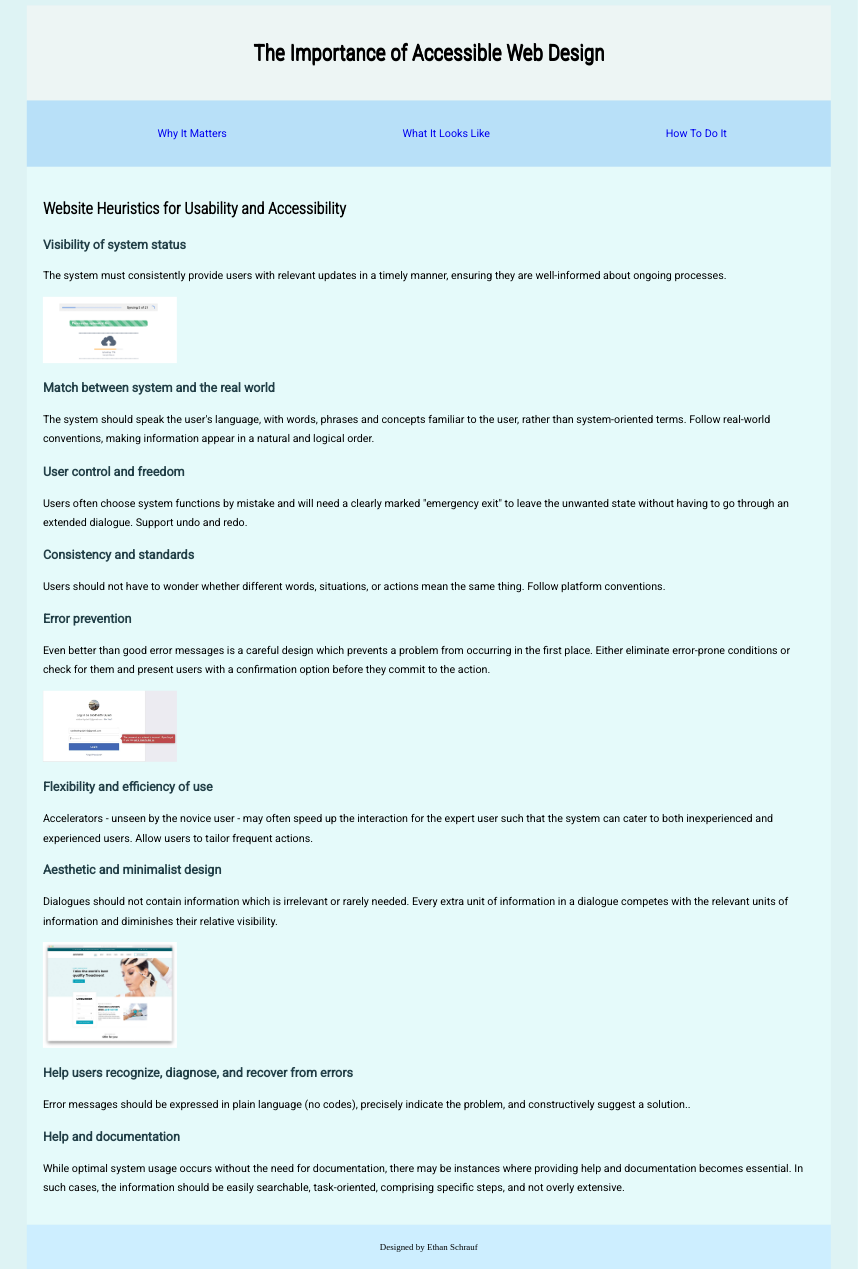
Repository: ethan-schrauf/UniversalDesignWebsite
Page: Final-Project/what.html
These files come from the project's save history. The page is drawn as it stood at one moment and after the next save; the edit follows.
The browser window is 1280 px wide. The pictures show the whole page, at 67% of full size.

Above is the page before, as saved 2023-11-25 03:47:10.

### Final-Project/what.html

<!DOCTYPE html>

<html lang="en">
<head>
  <meta charset="UTF-8">
  <meta name="viewport" content="width=device-width, initial-scale=1.0">
  <meta http-equiv="X-UA-Compatible" content="ie=edge">
  <title>Why Accessibility Matters</title>
  <link href="what.css" rel="stylesheet">
</head>
<body>
    <a href="#main-content" class="skip-link">Skip to main content</a>
<div class="container">
  <header>
    <h1>The Importance of Accessible Web Design</h1>
  </header>
  <nav>
    <h2 class="sr-only">Main Navigation</h2>
    <ul>
      <li><a href="why.html">Why It Matters</a></li>
      <li><a href="what.html">What It Looks Like</a></li>
      <li><a href="how.html">How To Do It</a></li>
    </ul>
  </nav>
  <main id="main-content" class="mainy">
    <section>
      <h2 id="What-It-Looks-Like">Website Heuristics for Usability and Accessibility</h2>
      <h3>Visibility of system status</h3>
      <p>The system must consistently provide users with relevant updates in a timely manner, ensuring they are well-informed about ongoing processes.</p>
      <img src="images/system-status.png" alt="System status" style="width: 200px; height: auto;">
      <h3>Match between system and the real world</h3>
      <p>The system should speak the user's language, with words, phrases and concepts familiar to the user, rather than system-oriented terms. Follow real-world conventions, making information appear in a natural and logical order.</p>
      <h3>User control and freedom</h3>
      <p>Users often choose system functions by mistake and will need a clearly marked "emergency exit" to leave the unwanted state without having to go through an extended dialogue. Support undo and redo.</p>
      <h3>Consistency and standards</h3>
      <p>Users should not have to wonder whether different words, situations, or actions mean the same thing. Follow platform conventions.</p>
      <h3>Error prevention</h3>
      <p>Even better than good error messages is a careful design which prevents a problem from occurring in the first place. Either eliminate error-prone conditions or check for them and present users with a confirmation option before they commit to the action.</p>
      <img src="images/error-prevention.jpeg" alt="Error prevention" style="width: 200px; height: auto;">
      <h3>Flexibility and efficiency of use</h3>
      <p>Accelerators - unseen by the novice user - may often speed up the interaction for the expert user such that the system can cater to both inexperienced and experienced users. Allow users to tailor frequent actions.</p>
      <h3>Aesthetic and minimalist design</h3>
      <p>Dialogues should not contain information which is irrelevant or rarely needed. Every extra unit of information in a dialogue competes with the relevant units of information and diminishes their relative visibility.</p>
      <img src="images/aesthetic-website.jpeg" alt="Image of an aesthetic pink website" style="width: 200px; height: auto;">
      <h3>Help users recognize, diagnose, and recover from errors</h3>
      <p>Error messages should be expressed in plain language (no codes), precisely indicate the problem, and constructively suggest a solution..</p>
      <h3>Help and documentation</h3>
      <p>While optimal system usage occurs without the need for documentation, there may be instances where providing help and documentation becomes essential. In such cases, the information should be easily searchable, task-oriented, comprising specific steps, and not overly extensive.</p>

    </section>
  </main>
<footer>
    <small> Designed by Ethan Schrauf</small>
  </footer>

</div> <!-- end container -->
</body>
</html>

### Final-Project/what.css
@import url('https://fonts.googleapis.com/css2?family=Roboto&display=swap');
@import url('https://fonts.googleapis.com/css2?family=Roboto&family=Roboto+Condensed:wght@300&display=swap');

body {
    background: rgb(222, 243, 244);
}

/* css reset */
::before,
::after {
    box-sizing: border-box;
    padding: 0;
    margin: 0;
}

h1,
h2,
h3 {
    padding: .2em 0;
}
h1 {
  font-family: 'Roboto Condensed', sans-serif;
  text-shadow: 0.5px 0.5px 0.5px black;
}

p {
    margin: 1.0em 0;
    line-height: 1.8em;
}

header,
nav,
main,
aside,
footer {
    padding: 1.5em;
}

header,
footer {
    text-align: center;
}

.container {
    max-width: 1200px;
    margin: 0 auto;
    /* background: rgb(243, 251, 209); */
    display: grid;
    width: 100vw;
    height: 100vh;
    grid-template-columns:
     1fr       1fr;
    grid-template-areas:
    "heady     heady"
    "navvy     navvy"
    "mainy    mainy"
    "mainy    mainy"
    "footy     footy";

  }

  header {grid-area: heady; background:rgb(237, 245, 244);}
nav {grid-area: navvy; background:rgb(184, 224, 248);}
main {grid-area: mainy; background: rgb(229, 250, 250); max-height: 100%;}
#Park-Rules {grid-area: Park-Rules; background: rgb(214, 236, 245);}
#Colorado-Wildlife {grid-area: Colorado-Wildlife; background: rgb(215, 241, 247);}
footer {grid-area: footy; background: rgb(205, 238, 255);}

nav ul {
    display: flex;
    flex-flow: row nowrap;
    justify-content: space-around;
    }

    nav ul li {
      list-style: none
    }

    @media screen
      and (min-width: 701px)
      and (max-width: 1000px)  {
    .container {
    grid-template-columns:
       1fr 1fr;
    grid-template-areas:
      "heady heady"
      "navvy navvy"
      "mainy mainy"
      "footy footy";
    }
    }

    @media screen
      and (max-width: 700px)  {
    .container {
    grid-template-columns:
       1fr;
    grid-template-areas:
      "heady"
      "navvy"
      "mainy"
      "footy";
    }
    nav ul {
      flex-flow: column nowrap;
      text-align: center;
    }
    nav ul li a {
      display: block;
      padding: 10px 5px;
      margin: 5px;
      background: white;

    }
    }

    p {
        font-family: 'Roboto', sans-serif;
    }

    h3 {
      font-family: 'Roboto', sans-serif;
      font-weight: bold;
      color: #223f47;
    }

    h2,
    h1 {
        font-family: 'Roboto Condensed', sans-serif;
    }

    #park-image {
        width: 300px; /* Set the desired width in pixels */
        height: auto; /* Maintain the aspect ratio */
      }

      .sr-only {
        border: 0;
        clip: rect(0, 0, 0, 0);
        height: 1px;
        margin: -1px;
        overflow: hidden;
        padding: 0;
        position: absolute;
        white-space: nowrap;
        width: 1px;
      }

       a {
      text-decoration: none;
      font-family: 'Roboto', sans-serif;
    }

    .skip-link {
        background: lavender;
        color: black;
        font-weight: 700;
        padding: 4px;
        position: absolute;
        transform: translate(-200%);
        text-decoration: none; /* Remove underline */
        z-index: 9999; /* Ensure it's on top */
      }

      .skip-link:focus {
        transform: translate(0%);
      }

      .skip-link {
        transition: transform 0.5s;
      }

After the next save:
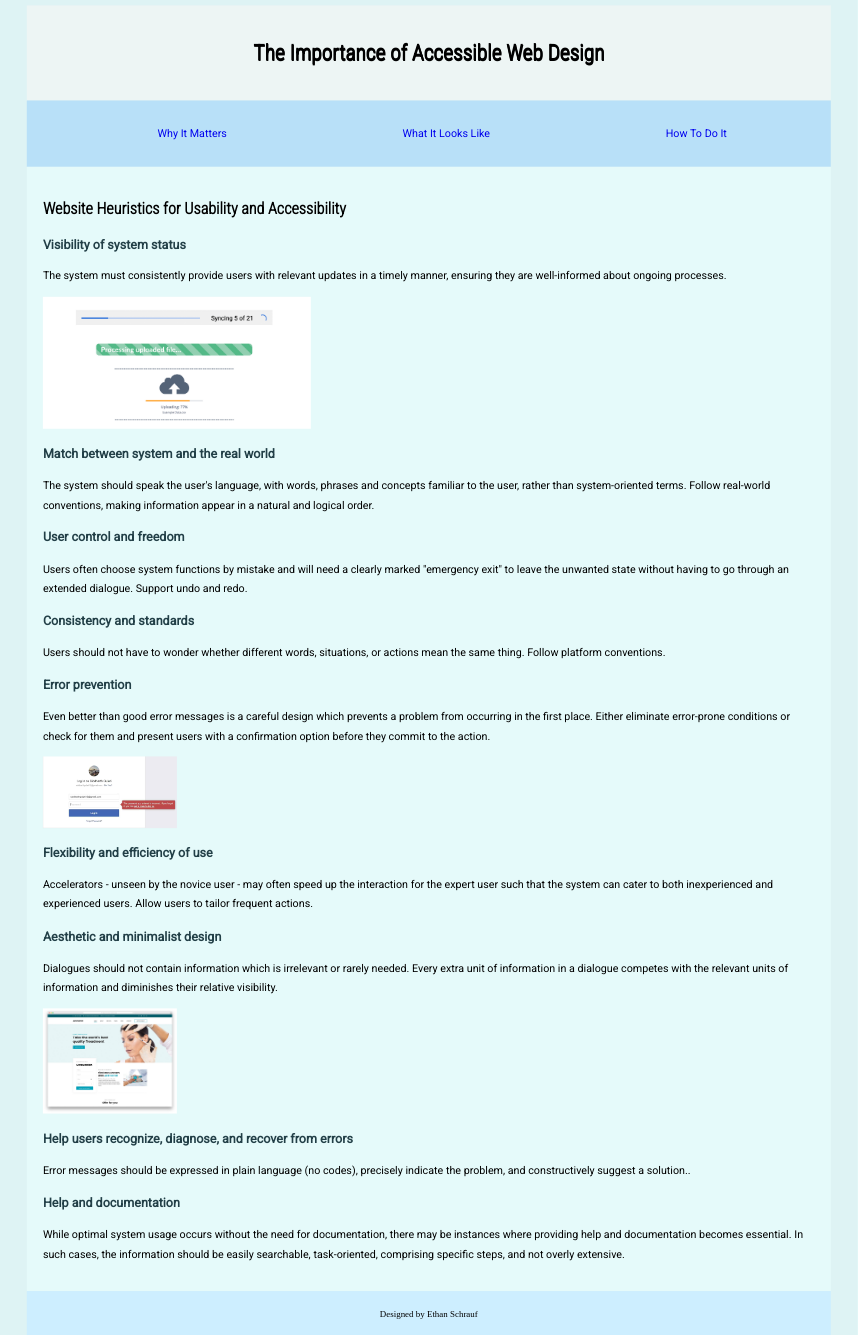
Saved 10 s later.
--- a/Final-Project/what.html
+++ b/Final-Project/what.html
@@ -28,7 +28,7 @@
       <h2 id="What-It-Looks-Like">Website Heuristics for Usability and Accessibility</h2>
       <h3>Visibility of system status</h3>
       <p>The system must consistently provide users with relevant updates in a timely manner, ensuring they are well-informed about ongoing processes.</p>
-      <img src="images/system-status.png" alt="System status" style="width: 200px; height: auto;">
+      <img src="images/system-status.png" alt="System status" style="width: 400px; height: auto;">
       <h3>Match between system and the real world</h3>
       <p>The system should speak the user's language, with words, phrases and concepts familiar to the user, rather than system-oriented terms. Follow real-world conventions, making information appear in a natural and logical order.</p>
       <h3>User control and freedom</h3>
